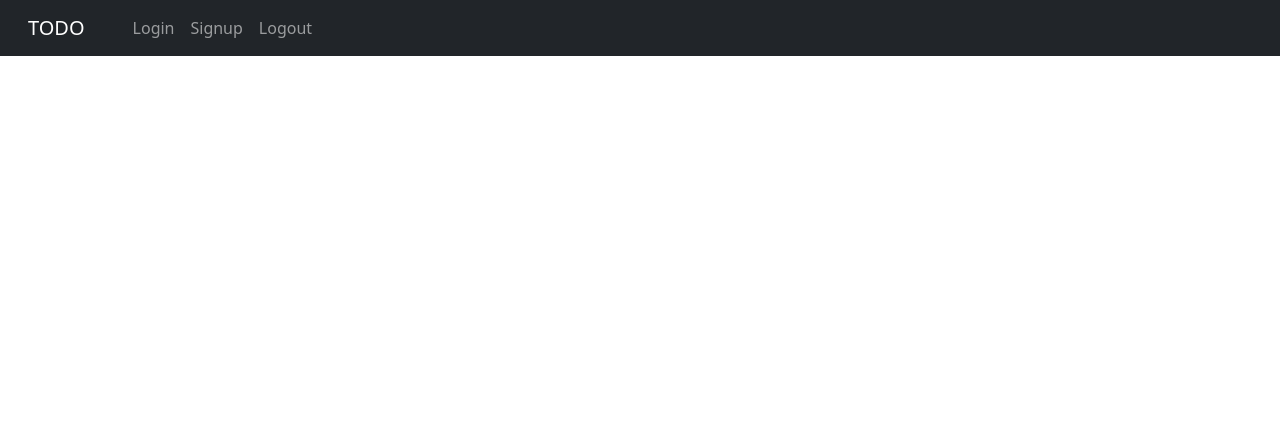
Repository: Anamikatiwari/Todo
Page: http://localhost/login/
The author's editor kept a copy of each file at every save. The page is drawn from the files as they stood at one save, then again after a run of saves.
The browser window is 1280 px wide. The pictures show the whole page.
The page is served by the project's application, run on Django 5.2 (manage.py).

Above is the page before, as saved 2024-08-25 18:27:43.

After the next 3 saves:
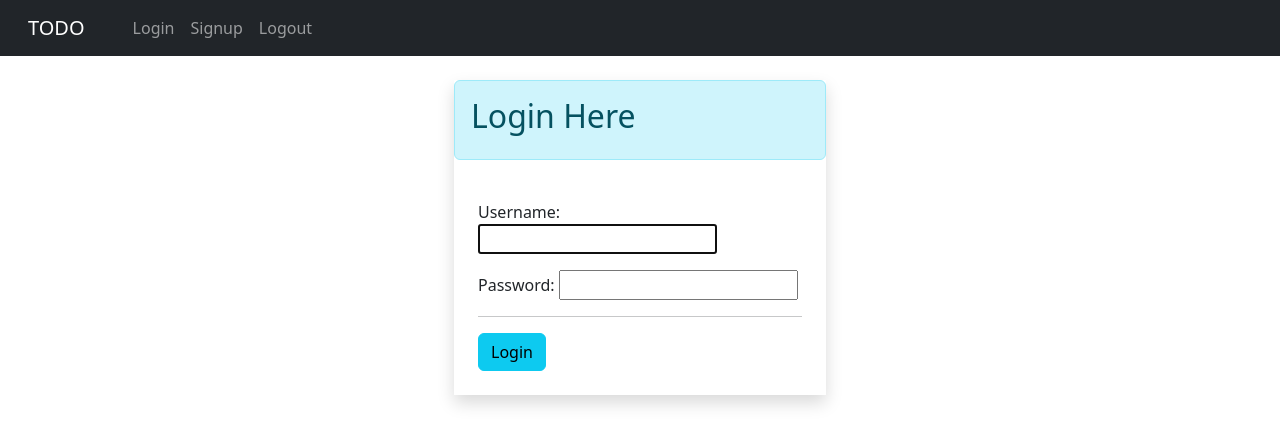
The 3 saves are shown as one change because they came seconds apart.
The last was saved 14 s later.
--- a/app/templates/login.html
+++ b/app/templates/login.html
@@ -3,5 +3,19 @@
 {% extends "base.html" %}
 
 {% block content %}
-<div></div>
+<div class="container pt-4">
+  <div class="col-lg-4 mx-auto shadow p-0">
+    <div class="alert alert-info">
+    <h2>Login Here</h2>
+    </div>
+    <div class="p-4">
+      <form action= '/login/' method='POST'>
+        {% csrf_token %}
+        {{form.as_p}}
+        <hr>
+        <input type="submit" value="Login" class="btn btn-info">
+      </form>
+    </div>
+  </div>
+</div>
 {% endblock content %}
